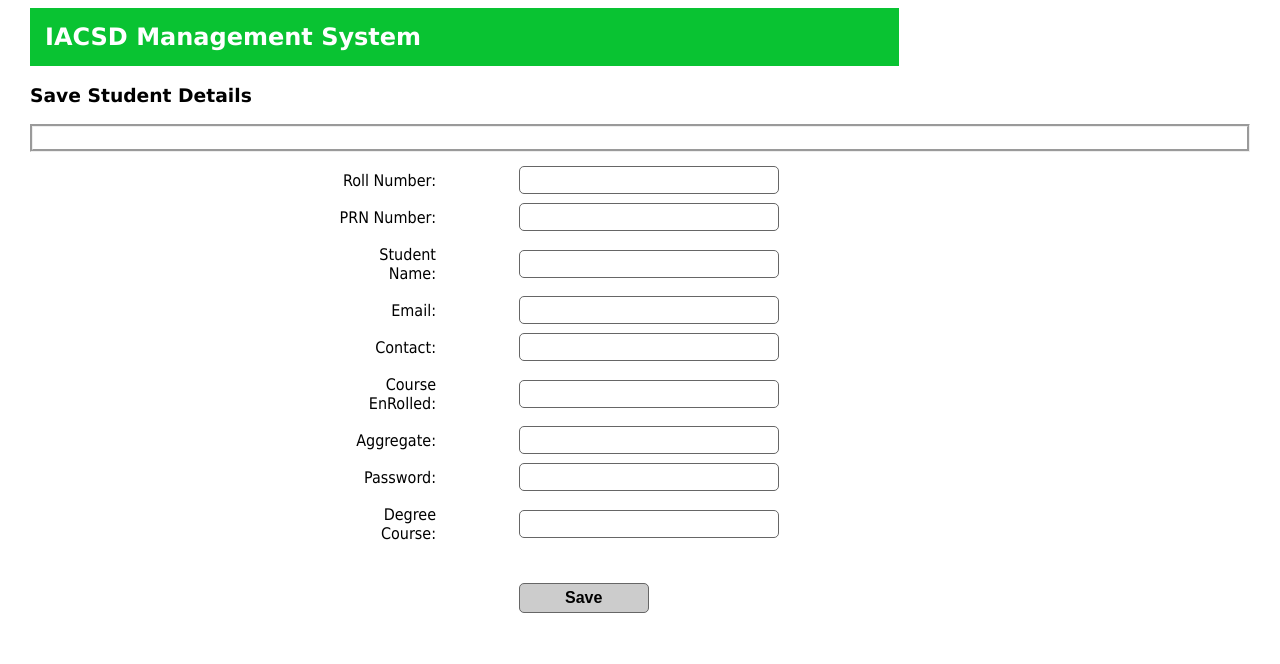
Repository: vsc8791/IMS
Page: http://localhost/web-customer-tracker/WEB-INF/view/student-register-form.jsp
The author's editor kept a copy of each file at every save. The page is drawn from the files as they stood at one save, then again after the next save.
The browser window is 1280 px wide. The pictures show the whole page.
The page is served by Tomcat 9. Nobody is signed in. The template is opened directly, without the code that normally fills it, so the values that code supplies are empty.

Above is the page before, as saved 2018-07-26 11:57:02.

After the next save:
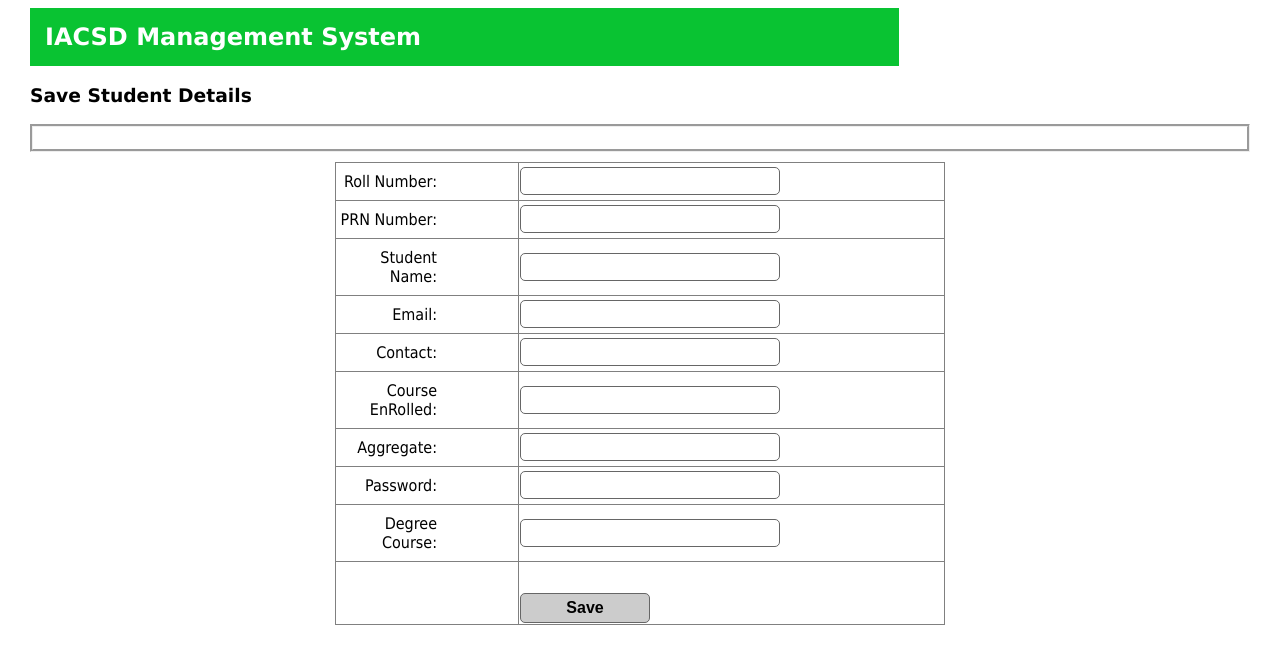
Saved 14 s later.
--- a/web-customer-tracker/WebContent/WEB-INF/view/student-register-form.jsp
+++ b/web-customer-tracker/WebContent/WEB-INF/view/student-register-form.jsp
@@ -27,7 +27,7 @@
 			<!-- need to associate this data with Student Id -->
 			<form:hidden path="id"/>
 
-			<table align="center">
+			<table align="center" border="1">
 				<tbody>
 					<tr>
 						<td><label>Roll Number:</label></td>
